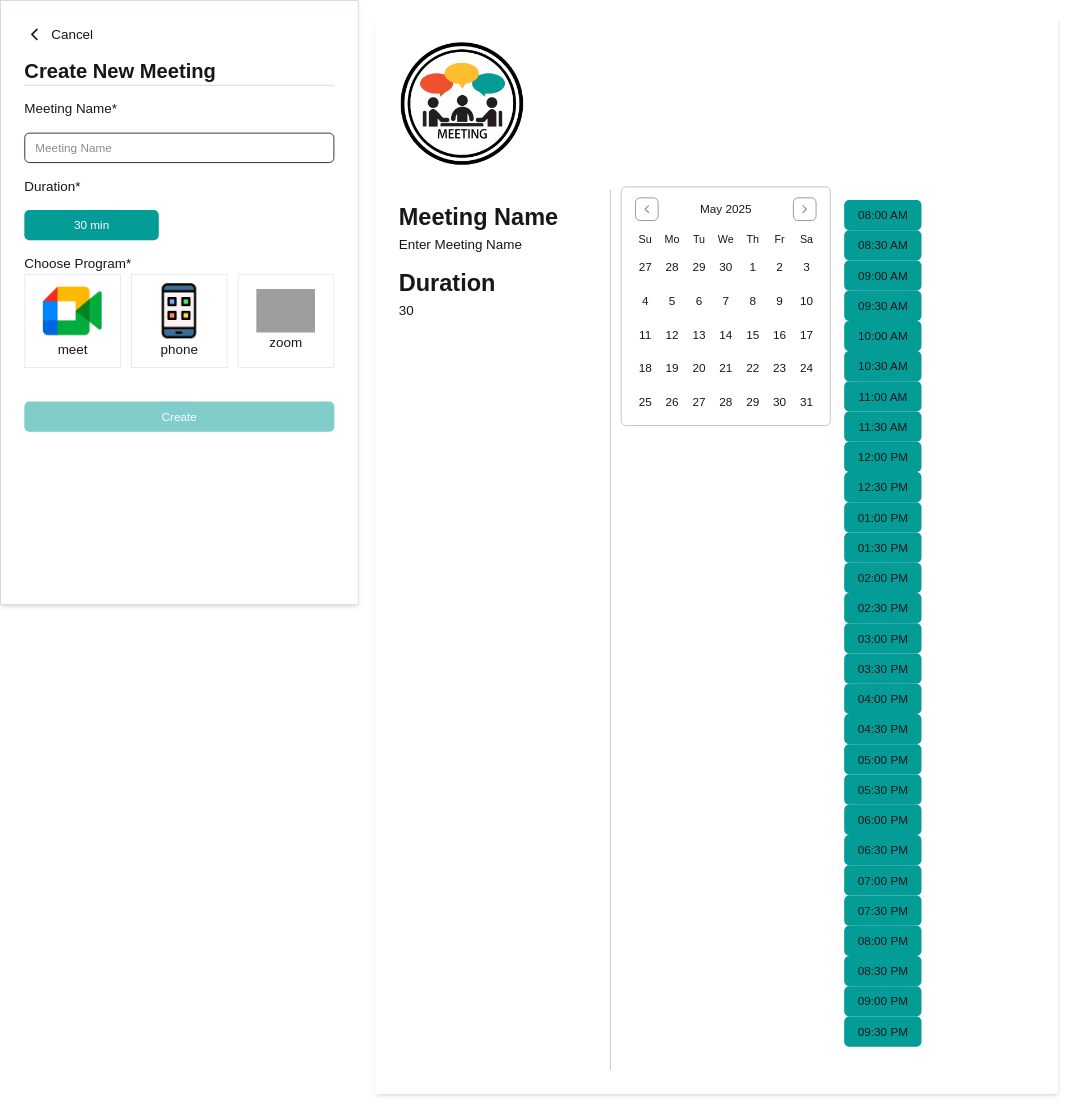
Repository: walaa-horani/scheduleMeetingNextjs
Page: /create-meeting
An editor plug-in stored every save of this project. The page is shown before and after the next save, followed by the edit.
The browser window is 1280 px wide. The pictures show the whole page, at 84% of full size.
Pictures or frames that could not be fetched are drawn as grey boxes. The project was rebuilt for these pictures with package versions that can differ from the ones it lists, and the page was loaded fresh each time. The framework's server and built-in components were replaced by stand-ins that run in the browser. Also part of the build but not shown: next.config.mjs.

Above is the page before, as saved 2025-05-28 21:58:24.

### app/layout.js
import { Inter, JetBrains_Mono } from "next/font/google";
import "./globals.css";

const inter = Inter({
  variable: "--font-sans",
  subsets: ["latin"],
});

const jetbrains = JetBrains_Mono({
  variable: "--font-mono",
  subsets: ["latin"],
});
export const metadata = {
  title: "Create Next App",
  description: "Generated by create next app",
};

export default function RootLayout({ children }) {
  return (
    <html lang="en">
      <body
        className={`${inter.variable} ${inter.variable} antialiased`}
      >
        {children}
      </body>
    </html>
  );
}

### app/(routes)/create-meeting/page.js
"use client"
import React, { useState } from 'react'
  import MeetingForm from './_components/MeetingForm'
import PreviewMeeting from './PreviewMeeting'
function CreateMeeting() {

      const [formValue,setFormValue] = useState()





  return (
    <div className='grid md:grid-cols-3 grid-cols-1'>

<div className=' p-3 shadow-md border border-slate-300 h-screen'>

          <MeetingForm setFormValue={setFormValue}/>
        </div>

        <div className='col-span-2'>
        <PreviewMeeting formValue={formValue}/>
        </div>
    </div>
  )
}

export default CreateMeeting

### app/(routes)/create-meeting/_components/MeetingForm.js
"use client"
import { ChevronLeft } from 'lucide-react'
import React, { useEffect, useState } from 'react'
import { Input } from '@/components/ui/input'
import { Button } from '@/components/ui/button'
import porgrams from '../../_utils/program'
import Image from 'next/image'
import {
  DropdownMenu,
  DropdownMenuContent,
  DropdownMenuItem,
  DropdownMenuLabel,
  DropdownMenuSeparator,
  DropdownMenuTrigger,
} from "@/components/ui/dropdown-menu"
import Link from 'next/link'

function MeetingForm({setFormValue}) {

    const [program,setProgram]= useState()
    const [meetingName,setMeeting] = useState()
    const [duration,setDuration] = useState(30)

    const [programsURL,setProgramsURL] = useState()



    useEffect(()=>{
      setFormValue({
        program:program,
        meetingName:meetingName,
        duration:duration,
        programsURL:programsURL

      })
    },[program,meetingName,duration,programsURL])





  return (
    <div className='p-4  '>
       <Link className='cursor-pointer' href={"/dashboard"}> <h1 className='flex gap-2 '> <ChevronLeft/> Cancel</h1></Link>
        <div>
            <h1 className='font-bold text-2xl mt-4'>Create New Meeting</h1>


            </div>

             <hr className='text-slate-300'/>

             <div className='flex flex-col gap-4 my-4'>

                <h2>Meeting Name*</h2>
                <Input onChange={(e)=> setMeeting(e.target.value)} placeholder="Meeting Name"/>
                </div>

             <div className='flex flex-col gap-4 my-4'>

                <h2>Duration*</h2>
             <Button className="max-w-40 text-white" >

                <DropdownMenu className="bg-white ">
  <DropdownMenuTrigger>{duration} min</DropdownMenuTrigger>
  <DropdownMenuContent className="bg-white border border-gray-200 shadow-lg rounded-md p-2 w-40">

    <DropdownMenuItem onClick={(e)=> setDuration(15)}>15 Min</DropdownMenuItem>
    <DropdownMenuItem onClick={(e)=> setDuration(30)}>30 Min</DropdownMenuItem>
    <DropdownMenuItem onClick={(e)=> setDuration(45)}>45 Min</DropdownMenuItem>
    <DropdownMenuItem onClick={(e)=> setDuration(60)}>60 Min</DropdownMenuItem>
  </DropdownMenuContent>
</DropdownMenu>

             </Button>
                </div>

                <div>
                   <h2>Choose Program*</h2>

                    <div  className='grid grid-cols-3 gap-3'>


                    {porgrams.map((item)=>(
                        <div onClick={()=> setProgram(item.name)} className={ `cursor-pointer hover:bg-[#e8f7f6] border-slate-200 p-2 flex flex-col justify-center border items-center ${program==item.name&&"bg-[#e8f7f6]"}`}>

                        <Image width={70} height={70} alt='image' src={item.icon}/>
                        <h2>{item.name}</h2>
                         </div>
                    ))}
                    </div>

                     {program&&
                        <>
                    <h2 className='mt-4'>Add {program} Url*</h2>
                <Input  onChange={(e)=> setProgramsURL(e.target.value)} placeholder="url"/></> }

                    </div>

                    <Button disabled={!(meetingName && duration &&programsURL &&  program)} className="mt-10 w-full text-white cursor-pointer">Create</Button>
    </div>
  )
}

export default MeetingForm

### app/(routes)/create-meeting/PreviewMeeting.js
"use client"
import React, { useEffect, useState } from 'react'
import Image from 'next/image'
import { Clock, MapPin } from 'lucide-react'
import Link from 'next/link'
import { Calendar } from "@/components/ui/calendar"
import { Button } from '@/components/ui/button'

function PreviewMeeting({formValue}) {

  const [date,setDate]= useState(new Date())
  const[timeSlotes,setTimeSlots] = useState()
  useEffect(()=>{
    formValue?.duration&&createTimeSlot(formValue?.duration)

  },[formValue])

   const createTimeSlot=(interval)=>{
        const startTime = 8 * 60; // 8 AM in minutes
        const endTime = 22 * 60; // 10 PM in minutes
        const totalSlots = (endTime - startTime) / interval;
        const slots = Array.from({ length: totalSlots }, (_, i) => {
      const totalMinutes = startTime + i * interval;
      const hours = Math.floor(totalMinutes / 60);
      const minutes = totalMinutes % 60;
      const formattedHours = hours > 12 ? hours - 12 : hours; // Convert to 12-hour format
      const period = hours >= 12 ? 'PM' : 'AM';
      return `${String(formattedHours).padStart(2, '0')}:${String(minutes).padStart(2, '0')} ${period}`;
    });

    setTimeSlots(slots);
    console.log(slots)
    }
  return (

       <div className='p-7 shadow-md   m-5'>
          <Image width={150} height={150} src="/logo.png"/>


         <div className='grid grid-cols-1 md:grid-cols-3'>

          <div className='mt-7  border-r border-[#bcbcbc]'>

             <div>

         <h2 className='font-bold text-[28px] mt-3'>Meeting Name</h2>
             <h2>{formValue?.meetingName?formValue?.meetingName:"Enter Meeting Name"}</h2>
           </div>


            <div>

         <h2 className='font-bold text-[28px] mt-3'>Duration</h2>
             <h2>{formValue?.duration?formValue?.duration:"duration"}</h2>
           </div>




          </div>


        <div className='md:col-span-2 flex p-3 mt-3'>
          <div className='flex flex-col'>


       {/* #039b95    */}
          <Calendar
              mode="single"
              selected={date}
              onSelect={setDate}
              className="rounded-md border border-[#bcbcbc]"
            />
              </div>

              <div className='flex flex-col p-4 '>
                {timeSlotes?.map((item)=>(
                 <Button className="border-[#039b95] ">{item}</Button>
                ))}
              </div>
          </div>
         </div>
         </div>





































    //     <div className='p-7 shadow-md   m-5'>
//         <Image width={150} height={150} alt='logo' src="/logo.png"/>



//         {/* Meeting Info */}

//         <div className='grid grid-cols-1 md:grid-cols-3'>


//       <div className='mt-7  border-r border-[#bcbcbc]'>

//        <h2 className='font-bold text-[28px] text-[#039b95] '>Meeting Name</h2>
//        <h2 className='mt-6'>{formValue?.meetingName?formValue?.meetingName:"Meeting Name"}</h2>


//         <div className='flex items-center gap-2 mt-5'>
//             <Clock/> <h2> {formValue?.duration} Min</h2>
//         </div>

//         <div className='flex items-center gap-2 mt-5'>
//             <MapPin/> <h2> {formValue?.program} </h2>
//         </div>

//          <div className='mt-5'>


//         <Link  href={formValue?.programsURL?formValue?.programsURL:"#"}  className='text-blue-500 '>{formValue?.programsURL?formValue?.programsURL:"url"}</Link>
//          </div>

//     </div>
// </div>
//     <div>
//         {/* Time AND Date */}
//     </div>

//     </div>
  )
}

export default PreviewMeeting

### components/ui/input.jsx
import * as React from "react"

import { cn } from "@/lib/utils"

function Input({
  className,
  type,
  ...props
}) {
  return (
    <input
      type={type}
      data-slot="input"
      className={cn(
        "file:text-foreground placeholder:text-muted-foreground selection:bg-primary selection:text-primary-foreground dark:bg-input/30 border-input flex h-9 w-full min-w-0 rounded-md border bg-transparent px-3 py-1 text-base shadow-xs transition-[color,box-shadow] outline-none file:inline-flex file:h-7 file:border-0 file:bg-transparent file:text-sm file:font-medium disabled:pointer-events-none disabled:cursor-not-allowed disabled:opacity-50 md:text-sm",
        "focus-visible:border-ring focus-visible:ring-ring/50 focus-visible:ring-[3px]",
        "aria-invalid:ring-destructive/20 dark:aria-invalid:ring-destructive/40 aria-invalid:border-destructive",
        className
      )}
      {...props} />
  );
}

export { Input }

### components/ui/button.jsx
import * as React from "react"
import { Slot } from "@radix-ui/react-slot"
import { cva } from "class-variance-authority";

import { cn } from "@/lib/utils"

const buttonVariants = cva(
  "inline-flex items-center justify-center gap-2 whitespace-nowrap rounded-md text-sm font-medium transition-all disabled:pointer-events-none disabled:opacity-50 [&_svg]:pointer-events-none [&_svg:not([class*='size-'])]:size-4 shrink-0 [&_svg]:shrink-0 outline-none focus-visible:border-ring focus-visible:ring-ring/50 focus-visible:ring-[3px] aria-invalid:ring-destructive/20 dark:aria-invalid:ring-destructive/40 aria-invalid:border-destructive",
  {
    variants: {
      variant: {
        default:
          "bg-[#039C96] text-primary-foreground shadow-xs hover:bg-primary/90",
        destructive:
          "bg-destructive text-white shadow-xs hover:bg-destructive/90 focus-visible:ring-destructive/20 dark:focus-visible:ring-destructive/40 dark:bg-destructive/60",
        outline:
          "border bg-background shadow-xs hover:bg-accent hover:text-accent-foreground dark:bg-input/30 dark:border-input dark:hover:bg-input/50",
        secondary:
          "bg-secondary text-secondary-foreground shadow-xs hover:bg-secondary/80",
        ghost:
          "hover:bg-accent hover:text-accent-foreground dark:hover:bg-accent/50",
        link: "text-primary underline-offset-4 hover:underline",
      },
      size: {
        default: "h-9 px-4 py-2 has-[>svg]:px-3",
        sm: "h-8 rounded-md gap-1.5 px-3 has-[>svg]:px-2.5",
        lg: "h-10 rounded-md px-6 has-[>svg]:px-4",
        icon: "size-9",
      },
    },
    defaultVariants: {
      variant: "default",
      size: "default",
    },
  }
)

function Button({
  className,
  variant,
  size,
  asChild = false,
  ...props
}) {
  const Comp = asChild ? Slot : "button"

  return (
    <Comp
      data-slot="button"
      className={cn(buttonVariants({ variant, size, className }))}
      {...props} />
  );
}

export { Button, buttonVariants }

### app/(routes)/_utils/program.js
const porgrams = [
    {
        name:"meet",
        icon:"/meet.png"
    },

    {
        name:"phone",
        icon:"/app.png"
    },

    {
        name:"zoom",
        icon:"/business.png"
    },
]


export default porgrams;

### components/ui/dropdown-menu.jsx
"use client"

import * as React from "react"
import * as DropdownMenuPrimitive from "@radix-ui/react-dropdown-menu"
import { CheckIcon, ChevronRightIcon, CircleIcon } from "lucide-react"

import { cn } from "@/lib/utils"

function DropdownMenu({
  ...props
}) {
  return <DropdownMenuPrimitive.Root data-slot="dropdown-menu" {...props} />;
}

function DropdownMenuPortal({
  ...props
}) {
  return (<DropdownMenuPrimitive.Portal data-slot="dropdown-menu-portal" {...props} />);
}

function DropdownMenuTrigger({
  ...props
}) {
  return (<DropdownMenuPrimitive.Trigger data-slot="dropdown-menu-trigger" {...props} />);
}

function DropdownMenuContent({
  className,
  sideOffset = 4,
  ...props
}) {
  return (
    <DropdownMenuPrimitive.Portal>
      <DropdownMenuPrimitive.Content
        data-slot="dropdown-menu-content"
        sideOffset={sideOffset}
        className={cn(
          "bg-popover text-popover-foreground data-[state=open]:animate-in data-[state=closed]:animate-out data-[state=closed]:fade-out-0 data-[state=open]:fade-in-0 data-[state=closed]:zoom-out-95 data-[state=open]:zoom-in-95 data-[side=bottom]:slide-in-from-top-2 data-[side=left]:slide-in-from-right-2 data-[side=right]:slide-in-from-left-2 data-[side=top]:slide-in-from-bottom-2 z-50 max-h-(--radix-dropdown-menu-content-available-height) min-w-[8rem] origin-(--radix-dropdown-menu-content-transform-origin) overflow-x-hidden overflow-y-auto rounded-md border p-1 shadow-md",
          className
        )}
        {...props} />
    </DropdownMenuPrimitive.Portal>
  );
}

function DropdownMenuGroup({
  ...props
}) {
  return (<DropdownMenuPrimitive.Group data-slot="dropdown-menu-group" {...props} />);
}

function DropdownMenuItem({
  className,
  inset,
  variant = "default",
  ...props
}) {
  return (
    <DropdownMenuPrimitive.Item
      data-slot="dropdown-menu-item"
      data-inset={inset}
      data-variant={variant}
      className={cn(
        "focus:bg-accent focus:text-accent-foreground data-[variant=destructive]:text-destructive data-[variant=destructive]:focus:bg-destructive/10 dark:data-[variant=destructive]:focus:bg-destructive/20 data-[variant=destructive]:focus:text-destructive data-[variant=destructive]:*:[svg]:!text-destructive [&_svg:not([class*='text-'])]:text-muted-foreground relative flex cursor-default items-center gap-2 rounded-sm px-2 py-1.5 text-sm outline-hidden select-none data-[disabled]:pointer-events-none data-[disabled]:opacity-50 data-[inset]:pl-8 [&_svg]:pointer-events-none [&_svg]:shrink-0 [&_svg:not([class*='size-'])]:size-4",
        className
      )}
      {...props} />
  );
}

function DropdownMenuCheckboxItem({
  className,
  children,
  checked,
  ...props
}) {
  return (
    <DropdownMenuPrimitive.CheckboxItem
      data-slot="dropdown-menu-checkbox-item"
      className={cn(
        "focus:bg-accent focus:text-accent-foreground relative flex cursor-default items-center gap-2 rounded-sm py-1.5 pr-2 pl-8 text-sm outline-hidden select-none data-[disabled]:pointer-events-none data-[disabled]:opacity-50 [&_svg]:pointer-events-none [&_svg]:shrink-0 [&_svg:not([class*='size-'])]:size-4",
        className
      )}
      checked={checked}
      {...props}>
      <span
        className="pointer-events-none absolute left-2 flex size-3.5 items-center justify-center">
        <DropdownMenuPrimitive.ItemIndicator>
          <CheckIcon className="size-4" />
        </DropdownMenuPrimitive.ItemIndicator>
      </span>
      {children}
    </DropdownMenuPrimitive.CheckboxItem>
  );
}

function DropdownMenuRadioGroup({
  ...props
}) {
  return (<DropdownMenuPrimitive.RadioGroup data-slot="dropdown-menu-radio-group" {...props} />);
}

function DropdownMenuRadioItem({
  className,
  children,
  ...props
}) {
  return (
    <DropdownMenuPrimitive.RadioItem
      data-slot="dropdown-menu-radio-item"
      className={cn(
        "focus:bg-accent focus:text-accent-foreground relative flex cursor-default items-center gap-2 rounded-sm py-1.5 pr-2 pl-8 text-sm outline-hidden select-none data-[disabled]:pointer-events-none data-[disabled]:opacity-50 [&_svg]:pointer-events-none [&_svg]:shrink-0 [&_svg:not([class*='size-'])]:size-4",
        className
      )}
      {...props}>
      <span
        className="pointer-events-none absolute left-2 flex size-3.5 items-center justify-center">
        <DropdownMenuPrimitive.ItemIndicator>
          <CircleIcon className="size-2 fill-current" />
        </DropdownMenuPrimitive.ItemIndicator>
      </span>
      {children}
    </DropdownMenuPrimitive.RadioItem>
  );
}

function DropdownMenuLabel({
  className,
  inset,
  ...props
}) {
  return (
    <DropdownMenuPrimitive.Label
      data-slot="dropdown-menu-label"
      data-inset={inset}
      className={cn("px-2 py-1.5 text-sm font-medium data-[inset]:pl-8", className)}
      {...props} />
  );
}

function DropdownMenuSeparator({
  className,
  ...props
}) {
  return (
    <DropdownMenuPrimitive.Separator
      data-slot="dropdown-menu-separator"
      className={cn("bg-border -mx-1 my-1 h-px", className)}
      {...props} />
  );
}

function DropdownMenuShortcut({
  className,
  ...props
}) {
  return (
    <span
      data-slot="dropdown-menu-shortcut"
      className={cn("text-muted-foreground ml-auto text-xs tracking-widest", className)}
      {...props} />
  );
}

function DropdownMenuSub({
  ...props
}) {
  return <DropdownMenuPrimitive.Sub data-slot="dropdown-menu-sub" {...props} />;
}

function DropdownMenuSubTrigger({
  className,
  inset,
  children,
  ...props
}) {
  return (
    <DropdownMenuPrimitive.SubTrigger
      data-slot="dropdown-menu-sub-trigger"
      data-inset={inset}
      className={cn(
        "focus:bg-accent focus:text-accent-foreground data-[state=open]:bg-accent data-[state=open]:text-accent-foreground flex cursor-default items-center rounded-sm px-2 py-1.5 text-sm outline-hidden select-none data-[inset]:pl-8",
        className
      )}
      {...props}>
      {children}
      <ChevronRightIcon className="ml-auto size-4" />
    </DropdownMenuPrimitive.SubTrigger>
  );
}

function DropdownMenuSubContent({
  className,
  ...props
}) {
  return (
    <DropdownMenuPrimitive.SubContent
      data-slot="dropdown-menu-sub-content"
      className={cn(
        "bg-popover text-popover-foreground data-[state=open]:animate-in data-[state=closed]:animate-out data-[state=closed]:fade-out-0 data-[state=open]:fade-in-0 data-[state=closed]:zoom-out-95 data-[state=open]:zoom-in-95 data-[side=bottom]:slide-in-from-top-2 data-[side=left]:slide-in-from-right-2 data-[side=right]:slide-in-from-left-2 data-[side=top]:slide-in-from-bottom-2 z-50 min-w-[8rem] origin-(--radix-dropdown-menu-content-transform-origin) overflow-hidden rounded-md border p-1 shadow-lg",
        className
      )}
      {...props} />
  );
}

export {
  DropdownMenu,
  DropdownMenuPortal,
  DropdownMenuTrigger,
  DropdownMenuContent,
  DropdownMenuGroup,
  DropdownMenuLabel,
  DropdownMenuItem,
  DropdownMenuCheckboxItem,
  DropdownMenuRadioGroup,
  DropdownMenuRadioItem,
  DropdownMenuSeparator,
  DropdownMenuShortcut,
  DropdownMenuSub,
  DropdownMenuSubTrigger,
  DropdownMenuSubContent,
}

### components/ui/calendar.jsx
"use client"

import * as React from "react"
import { ChevronLeft, ChevronRight } from "lucide-react"
import { DayPicker } from "react-day-picker"

import { cn } from "@/lib/utils"
import { buttonVariants } from "@/components/ui/button"

function Calendar({
  className,
  classNames,
  showOutsideDays = true,
  ...props
}) {
  return (
    <DayPicker
      showOutsideDays={showOutsideDays}
      className={cn("p-3", className)}
      classNames={{
        months: "flex flex-col sm:flex-row gap-2",
        month: "flex flex-col gap-4",
        caption: "flex justify-center pt-1 relative items-center w-full",
        caption_label: "text-sm font-medium",
        nav: "flex items-center gap-1",
        nav_button: cn(
          buttonVariants({ variant: "outline" }),
          "size-7 bg-transparent p-0 opacity-50 hover:opacity-100"
        ),
        nav_button_previous: "absolute left-1",
        nav_button_next: "absolute right-1",
        table: "w-full border-collapse space-x-1",
        head_row: "flex",
        head_cell:
          "text-muted-foreground rounded-md w-8 font-normal text-[0.8rem]",
        row: "flex w-full mt-2",
        cell: cn(
          "relative p-0 text-center text-sm focus-within:relative focus-within:z-20 [&:has([aria-selected])]:bg-accent [&:has([aria-selected].day-range-end)]:rounded-r-md",
          props.mode === "range"
            ? "[&:has(>.day-range-end)]:rounded-r-md [&:has(>.day-range-start)]:rounded-l-md first:[&:has([aria-selected])]:rounded-l-md last:[&:has([aria-selected])]:rounded-r-md"
            : "[&:has([aria-selected])]:rounded-md"
        ),
        day: cn(
          buttonVariants({ variant: "ghost" }),
          "size-8 p-0 font-normal aria-selected:opacity-100"
        ),
        day_range_start:
          "day-range-start aria-selected:bg-primary aria-selected:text-primary-foreground",
        day_range_end:
          "day-range-end aria-selected:bg-primary aria-selected:text-primary-foreground",
        day_selected:
          "bg-primary text-primary-foreground hover:bg-primary hover:text-primary-foreground focus:bg-primary focus:text-primary-foreground",
        day_today: "bg-accent text-accent-foreground",
        day_outside:
          "day-outside text-muted-foreground aria-selected:text-muted-foreground",
        day_disabled: "text-muted-foreground opacity-50",
        day_range_middle:
          "aria-selected:bg-accent aria-selected:text-accent-foreground",
        day_hidden: "invisible",
        ...classNames,
      }}
      components={{
        IconLeft: ({ className, ...props }) => (
          <ChevronLeft className={cn("size-4", className)} {...props} />
        ),
        IconRight: ({ className, ...props }) => (
          <ChevronRight className={cn("size-4", className)} {...props} />
        ),
      }}
      {...props} />
  );
}

export { Calendar }

Loaded but not shown: app/globals.css (common file); lib/utils.js (common file)

After the next save:
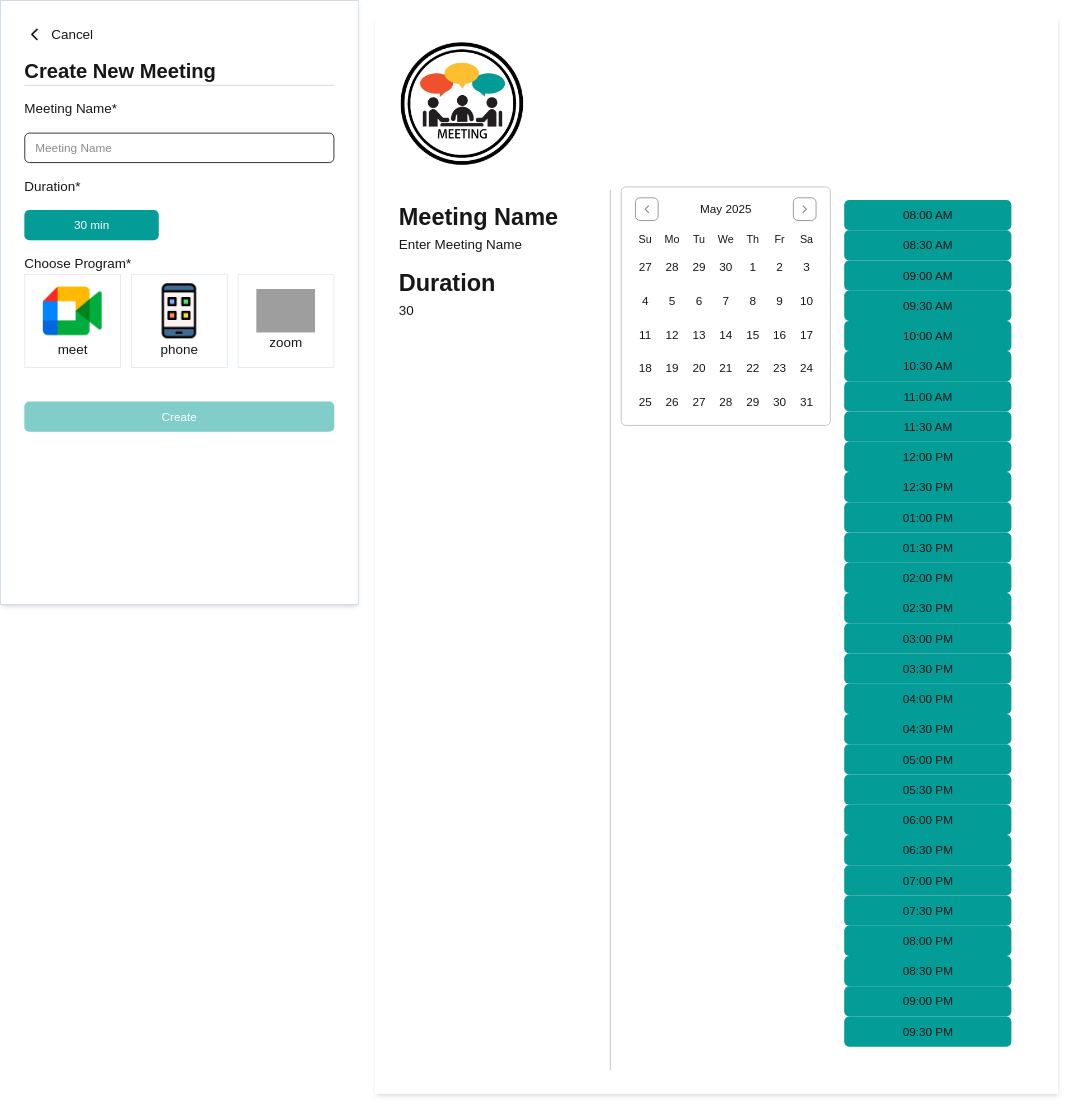
Saved 23 s later.
--- a/app/(routes)/create-meeting/PreviewMeeting.js
+++ b/app/(routes)/create-meeting/PreviewMeeting.js
@@ -73,7 +73,7 @@
             />
               </div>
 
-              <div className='flex flex-col p-4 '>
+              <div className='flex flex-col p-4 overflow-auto w-full '>
                 {timeSlotes?.map((item)=>(
                  <Button className="border-[#039b95] ">{item}</Button>
                 ))}
